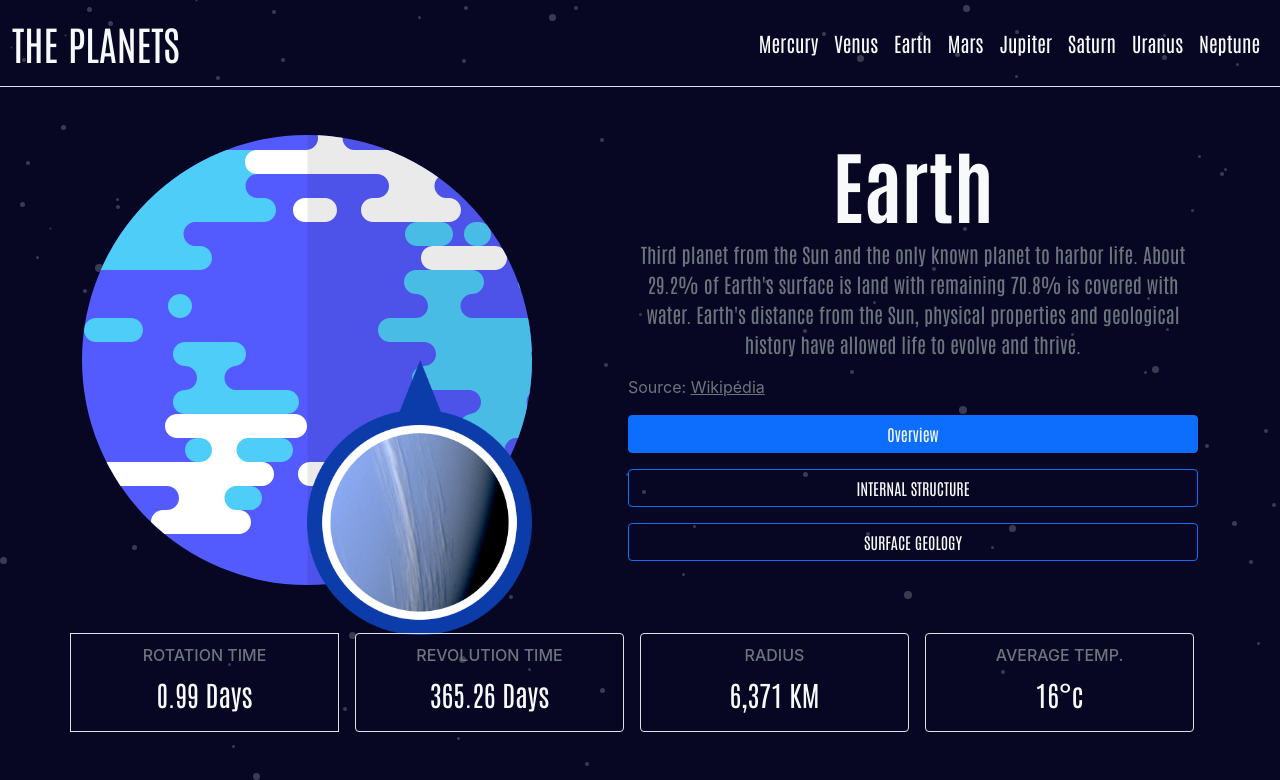
Repository: andre06x/the-planets
Page: /
The author's editor kept a copy of each file at every save. The page is drawn from the files as they stood at one save, then again after the next save.
The browser window is 1280 px wide. The pictures show the whole page.
The project was rebuilt for these pictures with package versions that can differ from the ones it lists, and the page was loaded fresh each time.

Above is the page before, as saved 2021-10-19 16:49:36.

### public/index.html
<!DOCTYPE html>
<html lang="en">

<head>
  <meta charset="utf-8" />
  <link rel="icon" href="%PUBLIC_URL%/favicon.ico" />
  <meta name="viewport" content="width=device-width, initial-scale=1" />
  <meta name="theme-color" content="#000000" />
  <link rel="preconnect" href="https://fonts.googleapis.com">
  <link rel="preconnect" href="https://fonts.gstatic.com" crossorigin>
  <link href="https://fonts.googleapis.com/css2?family=Antonio:wght@400;500;600;700&display=swap" rel="stylesheet">
  <meta name="description" content="Web site created using create-react-app" />
  <link rel="apple-touch-icon" href="%PUBLIC_URL%/logo192.png" />
  <link rel="manifest" href="%PUBLIC_URL%/manifest.json" />
  <link rel="stylesheet" href="%PUBLIC_URL%/bootstrap-5.1.3-dist/css/bootstrap.min.css">
  <title>React App</title>
</head>

<body>
  <noscript>You need to enable JavaScript to run this app.</noscript>
  <div id="root"></div>
  <script src="./bootstrap-5.1.3-dist/js/bootstrap.min.js"></script>
</body>

</html>

### src/index.js
import React from 'react';
import ReactDOM from 'react-dom';
import App from './App';
import reportWebVitals from './reportWebVitals';
import Global from './styles/global';

ReactDOM.render(
  <React.StrictMode>
    <Global />
    <App />
  </React.StrictMode>,
  document.getElementById('root')
);

// If you want to start measuring performance in your app, pass a function
// to log results (for example: reportWebVitals(console.log))
// or send to an analytics endpoint. Learn more: https://bit.ly/CRA-vitals
reportWebVitals();

### src/App.js
import logo from './logo.svg';
// import './App.css';
import Header from './components/Header';
import Container from './components/Container';

function App() {
  return (
    <div className="App">
      <Header />
      <Container />
    </div>
  );
}

export default App;

### src/styles/global.js
import { createGlobalStyle } from 'styled-components';
import img from '../background-stars.svg';

export default createGlobalStyle`
  body {
    background-image: url(${img});
    background-color: #070724;
    background-repeat: repeat;
  margin: 0;
  font-family: -apple-system, BlinkMacSystemFont, 'Segoe UI', 'Roboto', 'Oxygen',
    'Ubuntu', 'Cantarell', 'Fira Sans', 'Droid Sans', 'Helvetica Neue',
    sans-serif;
  -webkit-font-smoothing: antialiased;
  -moz-osx-font-smoothing: grayscale;
}

code {
  font-family: source-code-pro, Menlo, Monaco, Consolas, 'Courier New',
    monospace;
}
`;

### src/components/Header.js
import React, { useEffect } from 'react';
import data from '../data.json';
import { usePlanet } from '../zustand';

const Header = () => {
  const planetSetar = usePlanet(state => state.nomePlanet);
  const planet = usePlanet(state => state.planet);

  useEffect(() => {
    console.log(planet)
  }, [planet])

  return (
    <nav class="navbar navbar-expand-lg navbar-dark bg-transparent border-bottom border-muted ">
      <div class="container-fluid d-flex justify-content-between">
        <a class="navbar-brand fs-1 text-light font-antonio" href="#">THE PLANETS</a>
        <button class="navbar-toggler text-light" type="button" data-bs-toggle="collapse" data-bs-target="#navbarSupportedContent" aria-controls="navbarSupportedContent" aria-expanded="false" aria-label="Toggle navigation">
          <span class="navbar-toggler-icon text-light"></span>
        </button>
        <div class="collapse navbar-collapse justify-content-end" id="navbarSupportedContent">
          <div>
            <ul class="navbar-nav me-auto mb-2 mb-lg-0">
              {
                data.map(d => (
                  <li class="nav-item">
                    <a
                      class="nav-link active text-light fs-5 font-antonio"
                      aria-current="page"
                      href="#"
                      onClick={() => planetSetar(d.name)}
                    >
                      {d.name}
                    </a>
                  </li>
                ))
              }
            </ul>
          </div>
        </div>
      </div>
    </nav>
  )
}



export default Header

### src/components/Container.js
import React, { useEffect, useState } from 'react';
// import earth from '../assets/planet-earth.svg';
import data from '../data.json';
import { usePlanet } from '../zustand';

const Container = () => {
  const [selectBox, setSelectBox] = useState(1);
  const planet = usePlanet(state => state.planet);
  // const [planet, setPlanet] = useState('Earth');
  const [text, setText] = useState(data.filter(d => d.name === planet)[0].overview);
  const [imagee, setImagee] = useState('assets/planet-earth.svg');
  const [dataPlanet, setDataPlanet] = useState(['']);



  const op = [
    { id: 1, titulo: 'Overview' },
    { id: 2, titulo: 'INTERNAL STRUCTURE' },
    { id: 3, titulo: 'SURFACE GEOLOGY' },
  ]

  function buttonChange(o) {
    setSelectBox(o.id);

    if (o.id === 1) {
      setText(data.filter(d => d.name === planet)[0].overview);
      setImagee(data.filter(d => d.name === planet)[0].images.planet);
    }

    if (o.id === 2) {
      setText(data.filter(d => d.name === planet)[0].structure);
      setImagee(data.filter(d => d.name === planet)[0].images.internal);

    }

    if (o.id === 3) {
      setText(data.filter(d => d.name === planet)[0].geology);
      setImagee(data.filter(d => d.name === planet)[0].images.geology);

    }

  }

  useEffect(() => {
    setDataPlanet(data.filter(d => d.name === planet)[0]);
    setImagee(data.filter(d => d.name === planet)[0].images.planet);
    setText(data.filter(d => d.name === planet)[0].overview);
    setSelectBox(1);

  }, [planet]);
  return (
    <div className="container mt-md-5">
      <div className="d-flex flex-column">
        <div className="d-flex flex-md-row flex-column-reverse justify-content-between">
          <div className="me-md-5 d-flex justify-content-center position-relative">
            <img src={imagee} alt="" />
            <img src="assets/geology-neptune.png" alt="" className="position-absolute top-50 start-50 w-50"/>
          </div>
          <div className="ms-md-5 d-flex flex-md-column flex-column-reverse">
            <h1 className="display-1 text-light font-antonio fw-bold text-center">
              {planet}
            </h1>
            <p className="lead text-muted font-antonio text-center">
              {text.content}
            </p>
            <span className="text-secondary">
              Source: <a href="" className="text-secondary"> Wikipédia</a>
            </span>

            <div className="d-flex flex-md-column mt-md-3 font-antonio fw-bold">
              {op.map(o => (
                <button
                  className={`btn text-light btn-outline-primary mb-3 col-4 col-md-12 ${selectBox === o.id ? ' btn-primary' : ''}`}
                  onClick={() => buttonChange(o)}
                >
                  {o.titulo}
                </button>
              ))}
            </div>
          </div>
        </div>
      </div>
      <div className="row mt-5 mb-5 flex-md-row flex-column">
        <div class="col me-3 bg-transparent border">
          <div class="card-body d-flex flex-md-column justify-content-between align-items-center">
            <h6 class="card-subtitle mb-md-2 text-muted">
              ROTATION TIME
            </h6>
            <p class="card-text text-light font-antonio fs-md-1 fs-3">
              {dataPlanet.rotation}
            </p>
          </div>
        </div>
        <div class="card col me-3 bg-transparent border">
          <div class="card-body d-flex flex-md-column justify-content-between align-items-center">
            <h6 class="card-subtitle mb-md-2 text-muted">
              REVOLUTION TIME
            </h6>
            <p class="card-text text-light font-antonio fs-md-1 fs-3">
              {dataPlanet.revolution}
            </p>
          </div>
        </div>
        <div class="card col me-3 bg-transparent border">
          <div class="card-body d-flex flex-md-column justify-content-between align-items-center">
            <h6 class="card-subtitle mb-md-2 text-muted">
              RADIUS
            </h6>
            <p class="card-text text-light font-antonio fs-md-1 fs-3">
              {dataPlanet.radius}
            </p>
          </div>
        </div>
        <div class="card col me-3 bg-transparent border">
          <div class="card-body d-flex flex-md-column justify-content-between align-items-center">
            <h6 class="card-subtitle mb-md-2 text-muted">
              AVERAGE TEMP.
            </h6>
            <p class="card-text text-light font-antonio fs-md-1 fs-3">
              {dataPlanet.temperature}
            </p>
          </div>
        </div>
      </div>
    </div>
  )
}

export default Container;

### src/data.json
[
  {
    "name": "Mercury",
    "overview": {
      "content": "Mercury is the smallest planet in the Solar System and the closest to the Sun. Its orbit around the Sun takes 87.97 Earth days, the shortest of all the Sun's planets. Mercury is one of four terrestrial planets in the Solar System, and is a rocky body like Earth.",
      "source": "https://en.wikipedia.org/wiki/Mercury_(planet)"
    },
    "structure": {
      "content": "Mercury appears to have a solid silicate crust and mantle overlying a solid, iron sulfide outer core layer, a deeper liquid core layer, and a solid inner core. The planet's density is the second highest in the Solar System at 5.427 g/cm3 , only slightly less than Earth's density.",
      "source": "https://en.wikipedia.org/wiki/Mercury_(planet)#Internal_structure"
    },
    "geology": {
      "content": "Mercury's surface is similar in appearance to that of the Moon, showing extensive mare-like plains and heavy cratering, indicating that it has been geologically inactive for billions of years. It is more heterogeneous than either Mars's or the Moon’s.",
      "source": "https://en.wikipedia.org/wiki/Mercury_(planet)#Surface_geology"
    },
    "rotation": "58.6 Days",
    "revolution": "87.97 Days",
    "radius": "2,439.7 KM",
    "temperature": "430°c",
    "images": {
      "planet": "assets/planet-mercury.svg",
      "internal": "assets/planet-mercury-internal.svg",
      "geology": "assets/geology-mercury.png"
    }
  },
  {
    "name": "Venus",
    "overview": {
      "content": "Venus is the second planet from the Sun. It is named after the Roman goddess of love and beauty. As the brightest natural object in Earth's night sky after the Moon, Venus can cast shadows and can be, on rare occasions, visible to the naked eye in broad daylight.",
      "source": "https://en.wikipedia.org/wiki/Venus"
    },
    "structure": {
      "content": "The similarity in size and density between Venus and Earth suggests they share a similar internal structure: a core, mantle, and crust. Like that of Earth, Venusian core is most likely at least partially liquid because the two planets have been cooling at about the same rate.",
      "source": "https://en.wikipedia.org/wiki/Venus#Internal_structure"
    },
    "geology": {
      "content": "Much of the Venusian surface appears to have been shaped by volcanic activity. Venus has several times as many volcanoes as Earth, and it has 167 large volcanoes that are over 100 km (60 mi) across. The only volcanic complex of this size on Earth is the Big Island of Hawaii.",
      "source": "https://en.wikipedia.org/wiki/Venus#Surface_geology"
    },
    "rotation": "243 Days",
    "revolution": "224.7 Days",
    "radius": "6,051.8 KM",
    "temperature": "471°c",
    "images": {
      "planet": "assets/planet-venus.svg",
      "internal": "assets/planet-venus-internal.svg",
      "geology": "assets/geology-venus.png"
    }
  },
  {
    "name": "Earth",
    "overview": {
      "content": "Third planet from the Sun and the only known planet to harbor life. About 29.2% of Earth's surface is land with remaining 70.8% is covered with water. Earth's distance from the Sun, physical properties and geological history have allowed life to evolve and thrive.",
      "source": "https://en.wikipedia.org/wiki/Earth"
    },
    "structure": {
      "content": "Earth's interior, like that of the other terrestrial planets, is divided into layers by their chemical or physical (rheological) properties. The outer layer is a chemically distinct silicate solid crust, which is underlain by a highly viscous solid mantle.",
      "source": "https://en.wikipedia.org/wiki/Earth#Internal_structure"
    },
    "geology": {
      "content": "The total surface area of Earth is about 510 million km2. The continental crust consists of lower density material such as the igneous rocks granite and andesite. Less common is basalt, a denser volcanic rock that is the primary constituent of the ocean floors.",
      "source": "https://en.wikipedia.org/wiki/Earth#Surface"
    },
    "rotation": "0.99 Days",
    "revolution": "365.26 Days",
    "radius": "6,371 KM",
    "temperature": "16°c",
    "images": {
      "planet": "assets/planet-earth.svg",
      "internal": "assets/planet-earth-internal.svg",
      "geology": "assets/geology-earth.png"
    }
  },
  {
    "name": "Mars",
    "overview": {
      "content": "Mars is the fourth planet from the Sun and the second-smallest planet in the Solar System, being larger than only Mercury. In English, Mars carries the name of the Roman god of war and is often referred to as the \"Red Planet\".",
      "source": "https://en.wikipedia.org/wiki/Mars"
    },
    "structure": {
      "content": "Like Earth, Mars has differentiated into a dense metallic core overlaid by less dense materials. Scientists initially determined that the core is at least partially liquid. Current models of its interior imply a core consisting primarily of iron and nickel with about 16–17% sulfur.",
      "source": "https://en.wikipedia.org/wiki/Mars#Internal_structure"
    },
    "geology": {
      "content": "Mars is a terrestrial planet whose surface consists of minerals containing silicon and oxygen, metals, and other elements that typically make up rock. The surface is primarily composed of tholeiitic basalt, although parts are more silica-rich than typical basalt.",
      "source": "https://en.wikipedia.org/wiki/Mars#Surface_geology"
    },
    "rotation": "1.03 Days",
    "revolution": "1.88 Years",
    "radius": "3,389.5 KM",
    "temperature": "-28°c",
    "images": {
      "planet": "assets/planet-mars.svg",
      "internal": "assets/planet-mars-internal.svg",
      "geology": "assets/geology-mars.png"
    }
  },
  {
    "name": "Jupiter",
    "overview": {
      "content": "Jupiter is the fifth planet from the Sun and the largest in the Solar System. It is a gas giant with a mass two and a half times that of all the other planets in the Solar System combined, but less than one-thousandth the mass of the Sun.",
      "source": "https://en.wikipedia.org/wiki/Jupiter"
    },
    "structure": {
      "content": "When the Juno arrived in 2016, it found that Jupiter has a very diffuse core that mixes into its mantle. A possible cause is an impact from a planet of about ten Earth masses a few million years after Jupiter's formation, which would have disrupted an originally solid Jovian core.",
      "source": "https://en.wikipedia.org/wiki/Jupiter#Internal_structure"
    },
    "geology": {
      "content": "The best known feature of Jupiter is the Great Red Spot, a persistent anticyclonic storm located 22° south of the equator. It is known to have existed since at least 1831, and possibly since 1665.",
      "source": "https://en.wikipedia.org/wiki/Jupiter#Great_Red_Spot_and_other_vortices"
    },
    "rotation": "9.93 Hours",
    "revolution": "11.86 Years",
    "radius": "69,911 KM",
    "temperature": "-108°c",
    "images": {
      "planet": "assets/planet-jupiter.svg",
      "internal": "assets/planet-jupiter-internal.svg",
      "geology": "assets/geology-jupiter.png"
    }
  },
  {
    "name": "Saturn",
    "overview": {
      "content": "Saturn is the sixth planet from the Sun and the second-largest in the Solar System, after Jupiter. It is a gas giant with an average radius of about nine and a half times that of Earth. It only has one-eighth the average density of Earth.",
      "source": "https://en.wikipedia.org/wiki/Saturn"
    },
    "structure": {
      "content": "Despite consisting mostly of hydrogen and helium, most of Saturn's mass is not in the gas phase, because hydrogen becomes a non-ideal liquid when the density is above 0.01 g/cm3, which is reached at a radius containing 99.9% of Saturn's mass.",
      "source": "https://en.wikipedia.org/wiki/Saturn#Internal_structure"
    },
    "geology": {
      "content": "The outer atmosphere of Saturn contains 96.3% molecular hydrogen and 3.25% helium by volume. The planet's most famous feature is its prominent ring system, which is composed mostly of ice particles with a smaller amount of rocky debris and dust.",
      "source": "https://en.wikipedia.org/wiki/Saturn#Atmosphere"
    },
    "rotation": "10.8 Hours",
    "revolution": "29.46 Years",
    "radius": "58,232 KM",
    "temperature": "-138°c",
    "images": {
      "planet": "assets/planet-saturn.svg",
      "internal": "assets/planet-saturn-internal.svg",
      "geology": "assets/geology-saturn.png"
    }
  },
  {
    "name": "Uranus",
    "overview": {
      "content": "Uranus is the seventh planet from the Sun. Its name is a reference to the Greek god of the sky, Uranus according to Greek mythology, was the great-grandfather of Ares. It has the third-largest planetary radius and fourth-largest planetary mass in the Solar System.",
      "source": "https://en.wikipedia.org/wiki/Uranus"
    },
    "structure": {
      "content": "The standard model of Uranus's structure is that it consists of three layers: a rocky (silicate/iron–nickel) core in the centre, an icy mantle in the middle and an outer gaseous hydrogen/helium envelope. The core is relatively small, with a mass of only 0.55 Earth masses.",
      "source": "https://en.wikipedia.org/wiki/Uranus#Internal_structure"
    },
    "geology": {
      "content": "The composition of Uranus's atmosphere is different from its bulk, consisting mainly of molecular hydrogen and helium. The helium molar fraction, i.e. the number of helium atoms per molecule of gas, is 0.15±0.03 in the upper troposphere.",
      "source": "https://en.wikipedia.org/wiki/Uranus#Atmosphere"
    },
    "rotation": "17.2 Hours",
    "revolution": "84 Years",
    "radius": "25,362 KM",
    "temperature": "-195°c",
    "images": {
      "planet": "assets/planet-uranus.svg",
      "internal": "assets/planet-uranus-internal.svg",
      "geology": "assets/geology-uranus.png"
    }
  },
  {
    "name": "Neptune",
    "overview": {
      "content": "Neptune is the eighth and farthest-known Solar planet from the Sun. In the Solar System, it is the fourth-largest planet by diameter, the third-most-massive planet, and the densest giant planet. It is 17 times the mass of Earth, more massive than its near-twin Uranus.",
      "source": "https://en.wikipedia.org/wiki/Neptune"
    },
    "structure": {
      "content": "Neptune's internal structure resembles that of Uranus. Its atmosphere forms about 5% to 10% of its mass and extends perhaps 10% to 20% of the way towards the core. Increasing concentrations of methane, ammonia and water are found in the lower regions.",
      "source": "https://en.wikipedia.org/wiki/Neptune#Internal_structure"
    },
    "geology": {
      "content": "Neptune's atmosphere is 80% hydrogen and 19% helium. A trace amount of methane is also present. Prominent absorption bands of methane exist at wavelengths above 600 nm, in the red and infrared portion of the spectrum.",
      "source": "https://en.wikipedia.org/wiki/Neptune#Atmosphere"
    },
    "rotation": "16.08 Hours",
    "revolution": "164.79 Years",
    "radius": "24,622 KM",
    "temperature": "-201°c",
    "images": {
      "planet": "assets/planet-neptune.svg",
      "internal": "assets/planet-neptune-internal.svg",
      "geology": "assets/geology-neptune.png"
    }
  }
]

### src/zustand/index.js
import create from 'zustand';

const usePlanet = create(set => ({
  planet: 'Earth',
  nomePlanet: (namePlanet) => set(state => ({ planet: namePlanet}))
}))

export { usePlanet }

Loaded but not shown: src/reportWebVitals.js (common file); public/bootstrap-5.1.3-dist/css/bootstrap.min.css (library); public/bootstrap-5.1.3-dist/js/bootstrap.min.js (library)

After the next save:
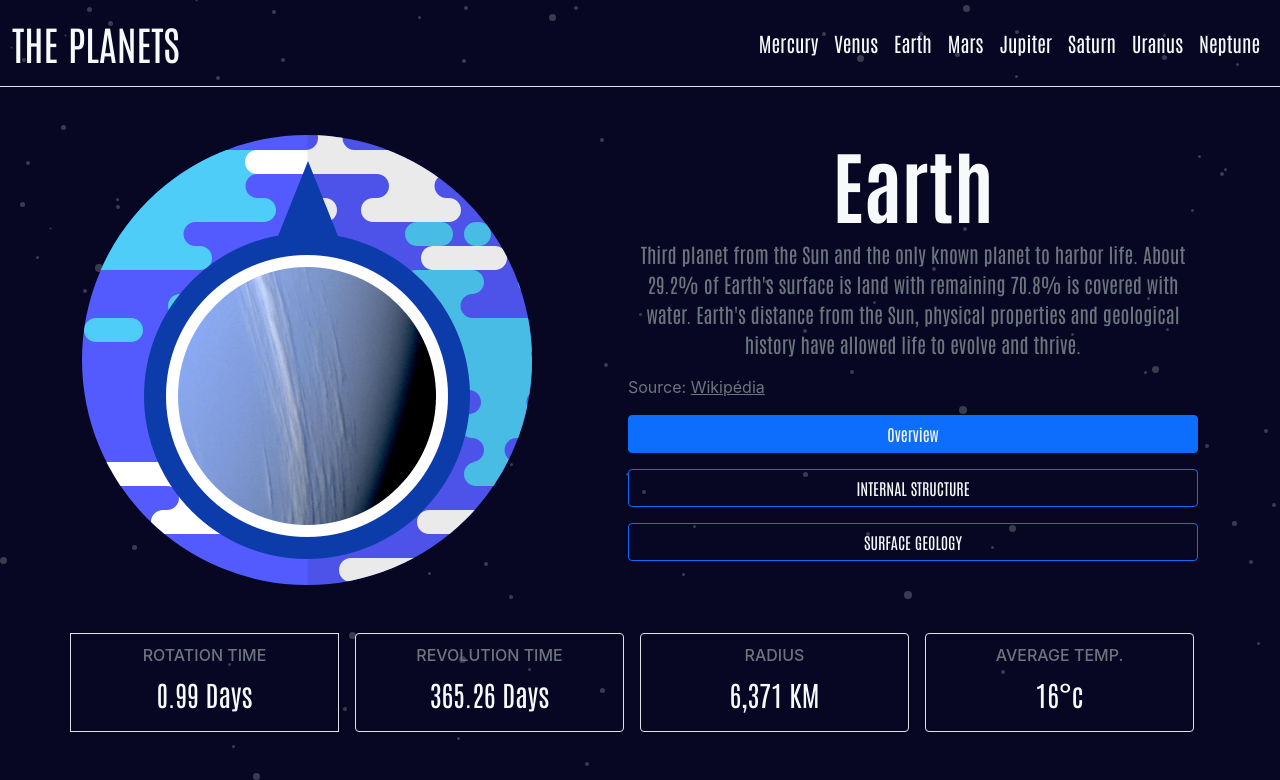
Saved 38 s later.
--- a/src/components/Container.js
+++ b/src/components/Container.js
@@ -54,7 +54,7 @@ const Container = () => {
         <div className="d-flex flex-md-row flex-column-reverse justify-content-between">
           <div className="me-md-5 d-flex justify-content-center position-relative">
             <img src={imagee} alt="" />
-            <img src="assets/geology-neptune.png" alt="" className="position-absolute top-50 start-50 w-50"/>
+            <img src="assets/geology-neptune.png" alt="" className="position-absolute top-50 start-50 translate-middle"/>
           </div>
           <div className="ms-md-5 d-flex flex-md-column flex-column-reverse">
             <h1 className="display-1 text-light font-antonio fw-bold text-center">
